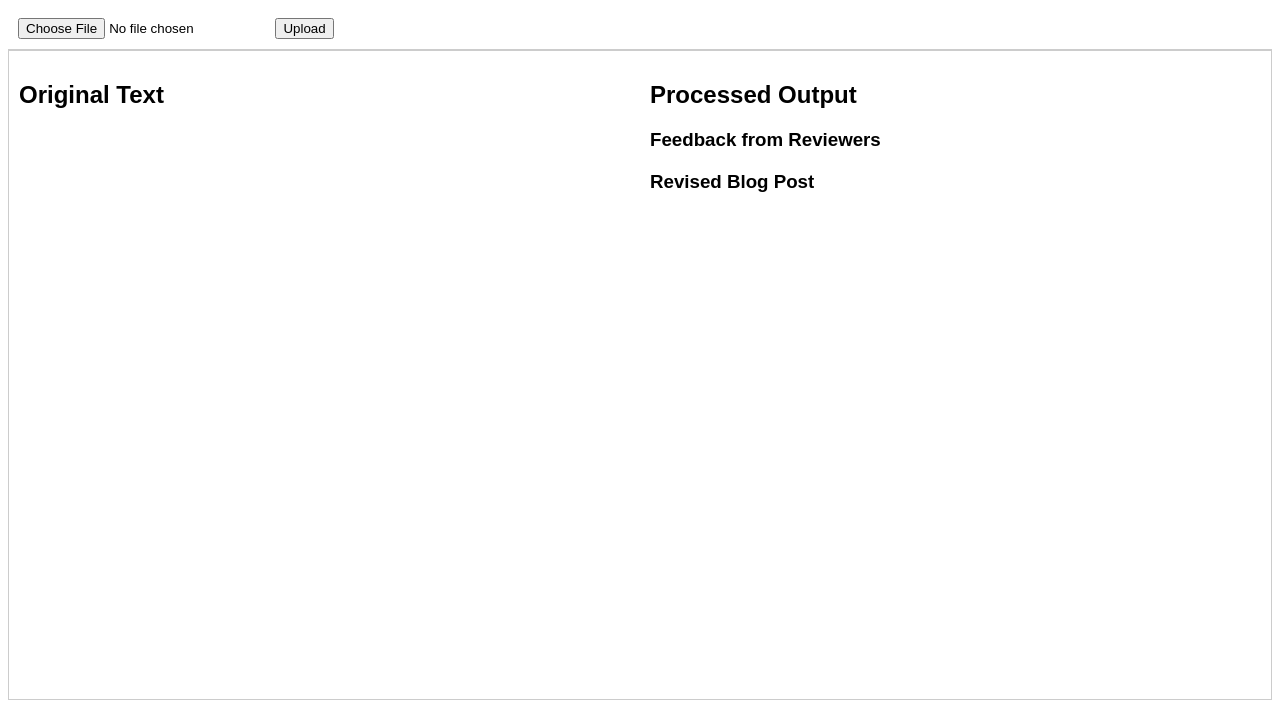
Repository: SummerZ27/gushwork_review
Page: http://localhost/
These files come from the project's save history. The page is drawn as it stood at one moment and after the next save; the edit follows.
The browser window is 1280 px wide. The pictures show the whole page.
The page is served by the project's application, run on Flask 3 (app.py).

Above is the page before, as saved 2025-03-29 13:00:30.

After the next save:
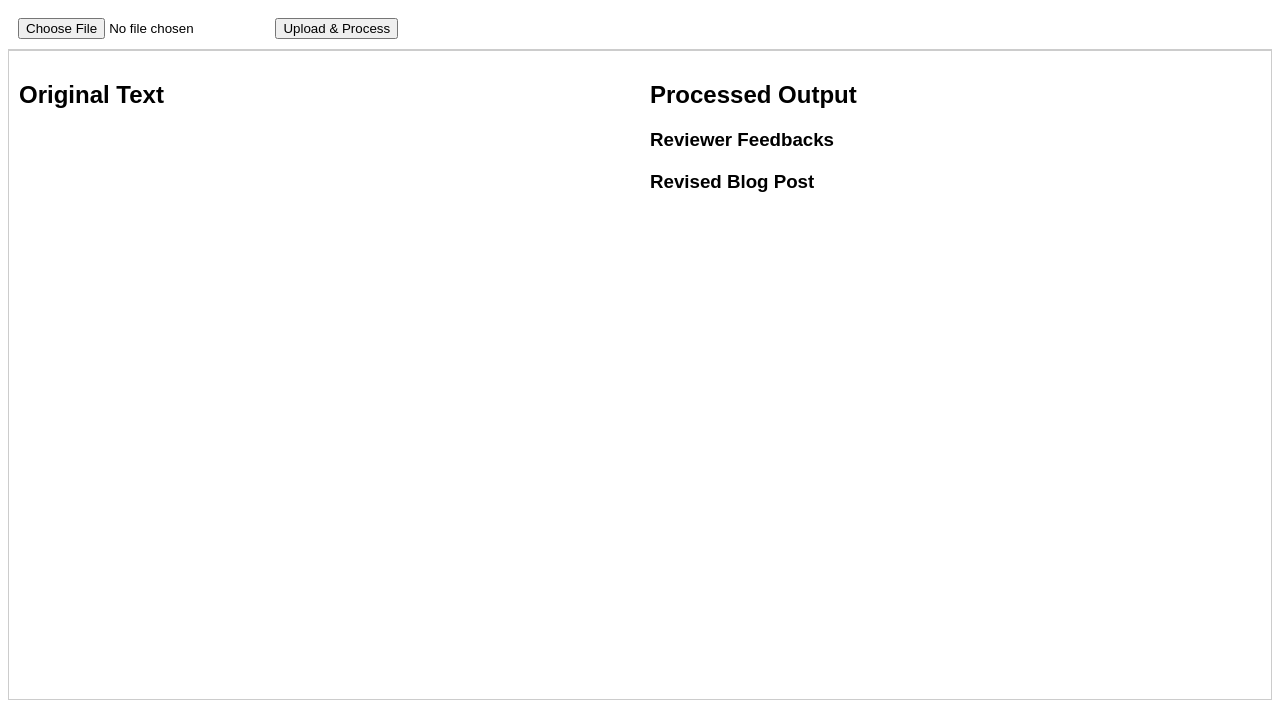
Saved 8 s later.
--- a/templates/index.html
+++ b/templates/index.html
@@ -2,7 +2,7 @@
 <html>
 <head>
     <meta charset="utf-8">
-    <title>Blog Reviewer and Rewriter</title>
+    <title>Blog Reviewer and Rewriter (Streaming)</title>
     <style>
         body {
             font-family: Arial, sans-serif;
@@ -41,7 +41,7 @@
 <body>
     <div id="upload-section">
         <input type="file" id="fileInput" accept=".txt">
-        <button id="uploadBtn">Upload</button>
+        <button id="uploadBtn">Upload & Process</button>
         <span id="status"></span>
     </div>
     <div id="container">
@@ -52,7 +52,7 @@
         <div id="right">
             <h2>Processed Output</h2>
             <div class="section">
-                <h3>Feedback from Reviewers</h3>
+                <h3>Reviewer Feedbacks</h3>
                 <div id="feedbacks"></div>
             </div>
             <div class="section">
@@ -69,41 +69,67 @@
                 return;
             }
             var file = fileInput.files[0];
-            var reader = new FileReader();
-            reader.onload = function(e) {
-                var text = e.target.result;
-                // Display the original text in the left pane
-                document.getElementById('originalText').textContent = text;
-                document.getElementById('status').textContent = 'Processing...';
 
-                // Prepare form data and send to the server
-                var formData = new FormData();
-                formData.append('file', file);
-                fetch('/process', {
-                    method: 'POST',
-                    body: formData
-                })
-                .then(response => response.json())
-                .then(data => {
-                    document.getElementById('status').textContent = '';
-                    // Display reviewer feedbacks
-                    var feedbackContainer = document.getElementById('feedbacks');
-                    feedbackContainer.innerHTML = '';
-                    data.feedbacks.forEach(function(feedback, index) {
-                        var div = document.createElement('div');
-                        div.innerHTML = '<strong>Reviewer ' + (index + 1) + ':</strong><br><pre>' + feedback + '</pre>';
-                        feedbackContainer.appendChild(div);
+            // Clear previous content
+            document.getElementById('originalText').textContent = '';
+            document.getElementById('feedbacks').innerHTML = '';
+            document.getElementById('revisedText').textContent = '';
+            document.getElementById('status').textContent = 'Processing...';
+
+            var formData = new FormData();
+            formData.append('file', file);
+
+            // Use fetch to post the file and stream the response
+            fetch('/stream', {
+                method: 'POST',
+                body: formData
+            }).then(response => {
+                const reader = response.body.getReader();
+                const decoder = new TextDecoder("utf-8");
+                let buffer = "";
+                function read() {
+                    reader.read().then(({done, value}) => {
+                        if (done) {
+                            document.getElementById('status').textContent = 'Done.';
+                            return;
+                        }
+                        buffer += decoder.decode(value, {stream: true});
+                        let parts = buffer.split("\n\n");
+                        // The last part may be incomplete; keep it in the buffer
+                        buffer = parts.pop();
+                        parts.forEach(part => {
+                            if (part.startsWith("data: ")) {
+                                const jsonString = part.substring(6);
+                                try {
+                                    const event = JSON.parse(jsonString);
+                                    handleEvent(event);
+                                } catch(e) {
+                                    console.error("Error parsing event:", e);
+                                }
+                            }
+                        });
+                        read();
                     });
-                    // Display the revised blog post
-                    document.getElementById('revisedText').textContent = data.revised;
-                })
-                .catch(error => {
-                    document.getElementById('status').textContent = 'Error occurred.';
-                    console.error('Error:', error);
-                });
-            };
-            reader.readAsText(file);
+                }
+                read();
+            }).catch(error => {
+                document.getElementById('status').textContent = 'Error occurred.';
+                console.error('Error:', error);
+            });
         });
+
+        function handleEvent(event) {
+            if (event.event === 'original') {
+                document.getElementById('originalText').textContent = event.content;
+            } else if (event.event === 'feedback') {
+                const container = document.getElementById('feedbacks');
+                const div = document.createElement('div');
+                div.innerHTML = '<strong>Reviewer ' + event.index + ':</strong><br><pre>' + event.content + '</pre>';
+                container.appendChild(div);
+            } else if (event.event === 'revised') {
+                document.getElementById('revisedText').textContent = event.content;
+            }
+        }
     </script>
 </body>
 </html>
